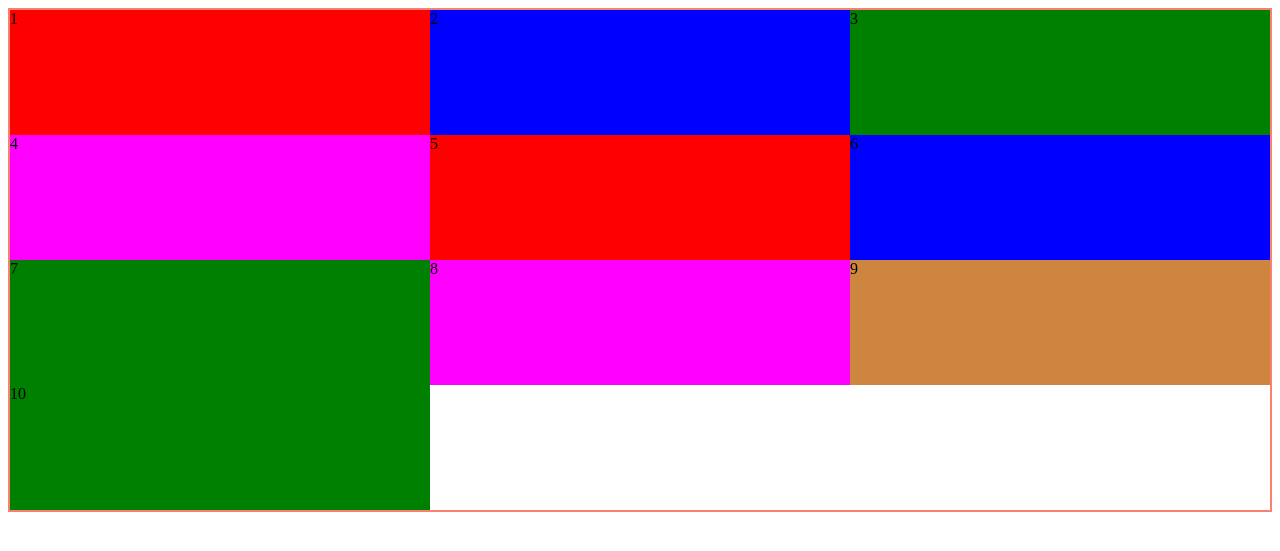
Repository: DinkarRavi/Dinkar_Coding
Page: 22aug24/grid.html
The author's editor kept a copy of each file at every save. The page is drawn from the files as they stood at one save, then again after a run of saves.
The browser window is 1280 px wide. The pictures show the whole page.

Above is the page before, as saved 2024-08-22 15:15:07.

### 22aug24/grid.html
<!DOCTYPE html>
<html lang="en">
<head>
    <meta charset="UTF-8">
    <meta name="viewport" content="width=device-width, initial-scale=1.0">
    <title>Document</title>
    <link rel="stylesheet" href="grid.css">
</head>
<body>

        <div id="parent">
        <div>1</div>
        <div>2</div>
        <div>3</div>
        <div>4</div>
        <div>5</div>
        <div>6</div>
        <div>7</div>
        <div>8</div>
        <div>9</div>
        <div>10</div>

    </div>
</body>
</html>

### 22aug24/grid.css


#parent{
border: 2px solid salmon;

height: 500px;
display: grid;
grid-template-columns: 1fr 1fr 1fr;
/* grid-template-rows: 200px 200px;  */
/* grid-auto-rows: 50px;
grid-template-columns:100px;  */
/* grid-auto-flow: column; */
}
div{
div:nth-child(1) {
  background: red;
}
div:nth-of-type(2) {
    background: blue;
  }
  div:nth-child(3) {
    background: green;
  }
  div:nth-child(4) {
    background: magenta;
  }
  div:nth-child(5) {
    background: red;
  }
  div:nth-of-type(6) {
      background: blue;
    }
    div:nth-child(7) {
      background: green;
    }
    div:nth-child(8) {
      background: magenta;
    }
    div:nth-child(9) {
        background:peru;
      }
      div:nth-child(10) {
        background: green;}
}

After the next 4 saves:
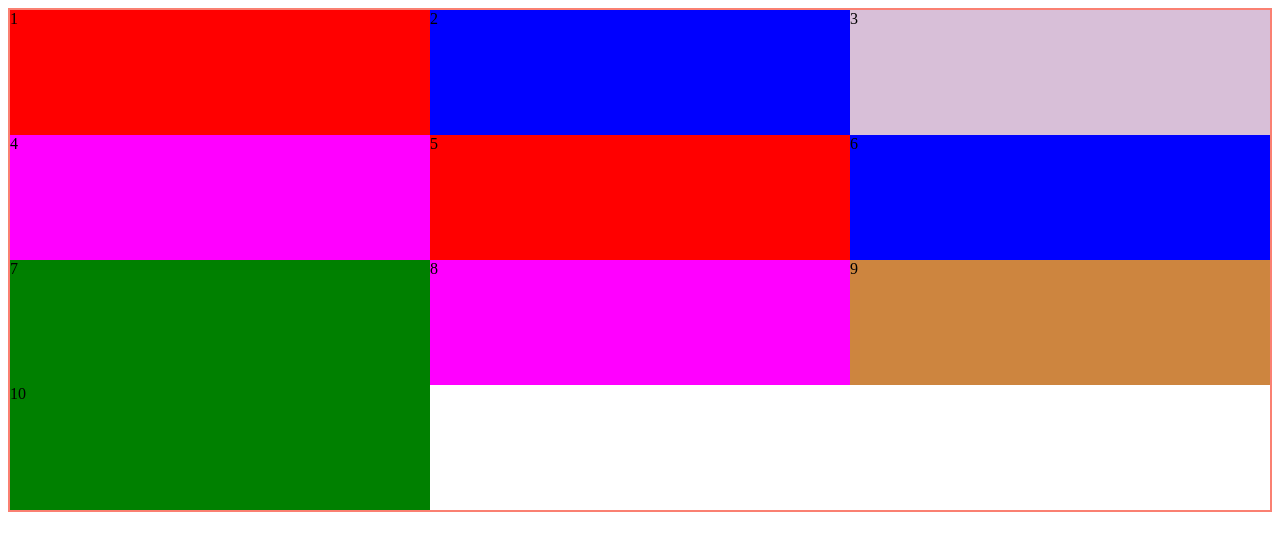
The 4 saves are shown as one change because they came seconds apart.
The last was saved 16 s later.
--- a/22aug24/grid.css
+++ b/22aug24/grid.css
@@ -19,7 +19,7 @@
     background: blue;
   }
   div:nth-child(3) {
-    background: green;
+    background: thistle;
   }
   div:nth-child(4) {
     background: magenta;
